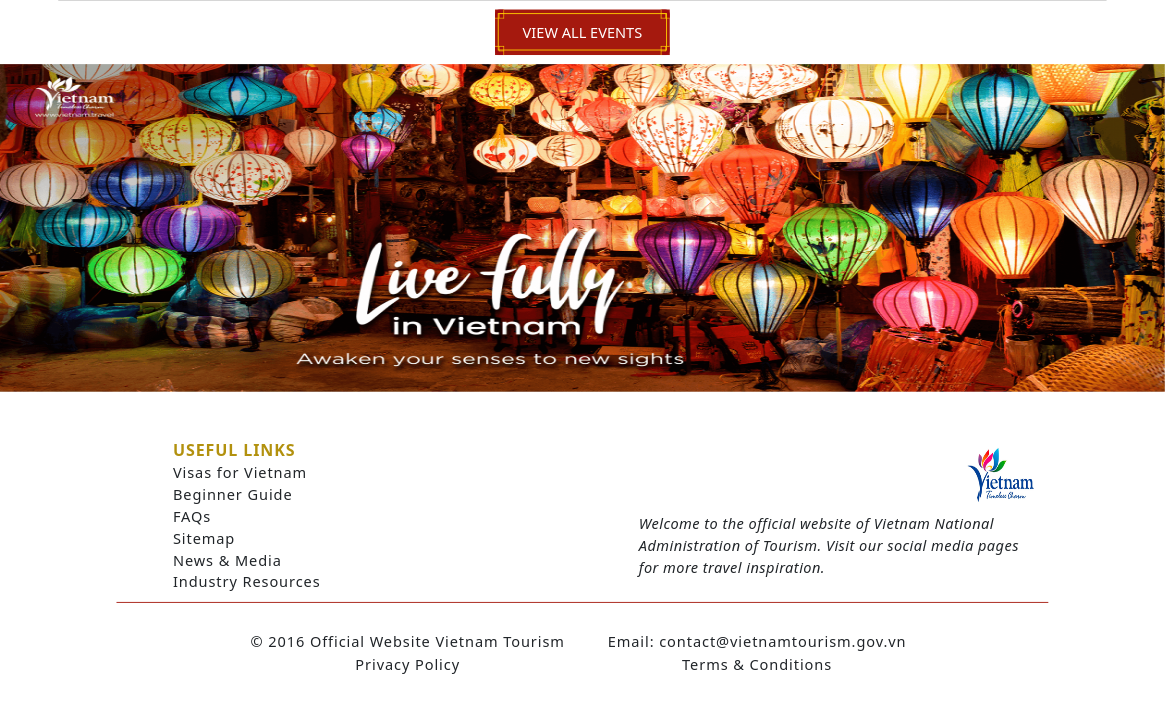
Repository: nguoilaisaochoi/TRAVEL-DEMO
Page: index.html
An editor plug-in stored every save of this project. The page is shown before and after the next save, followed by the edit.
The browser window is 1280 px wide. The pictures show the part of the page from y = 2162 to 3288 px (the page is 2956 px tall before and 3288 px after), at 91% of full size.
A picture or video elsewhere on the page could not be fetched, so the positions and the page height are approximate.

Above is the page before, as saved 2023-03-27 18:42:07.

### index.html
<!DOCTYPE html>
<html lang="en">
  <head>
    <meta charset="UTF-8" />
    <meta http-equiv="X-UA-Compatible" content="IE=edge" />
    <meta name="viewport" content="width=device-width, initial-scale=1.0" />
    <link rel="stylesheet" href="./index.css" />
    <script src="./index.js"></script>
    <link
      href="https://cdn.jsdelivr.net/npm/bootstrap@5.0.2/dist/css/bootstrap.min.css"
      rel="stylesheet"
      integrity="sha384-EVSTQN3/azprG1Anm3QDgpJLIm9Nao0Yz1ztcQTwFspd3yD65VohhpuuCOmLASjC"
      crossorigin="anonymous"
    />
    <title>Document</title>
  </head>
  <body>
    <div id="header">
      <img id="logo" src="./img_vd/logo.jpg" alt="" />
      <a href="#" onclick="showmenu()"><img id="vmenu" src="./img_vd/navmenu.jpg" /></a>
      <div id="menu">
        <li id="menucon">Live fully in Vietnam</li>
        <li id="menucon">Places to go</li>
        <li id="menucon">Things to do</li>
        <li id="menucon">Plan your trip</li>
        <li id="menucon">Green travel</li>
        <li id="menucon">Travel offers</li>
        <li id="menucon" onclick="addlang()" style="cursor: pointer">EN</li>
        <li id="lang"><p style="margin-top: 10px">日本語</p></li>
      </div>
    </div>
    <div id="vid">
      <video width="100%" autoplay muted loop src="./img_vd/1.mp4"></video>
    </div>
    <div id="content">
      <div id="cn1">
        <p id="start">LIVE FULLY IN VIETNAM</p>
        <p>Spectacular nature. Exceptional cuisine. Cultural diversity. Excellent service.</p>
        <p>
          Vietnam has fully reopened for international tourism without Covid-19 restrictions (No
          vaccination certificate, No test requirements, No quarantine, No medical declaration) and
          restored visa policies and immigration procedures as before Covid-19.
        </p>
        <p>
          Now you are free to discover and enjoy various wild nature destinations like limestone
          mountains, green terraced rice fields, and white sandy beaches. Holidays are coming, let’s
          get away from it all.
        </p>
        <p>
          Take in new sights, sounds, and flavors. Enjoy experiences that are truly memorable. Let’s
          explore, relax, and play. Live fully in Vietnam.
        </p>
      </div>
      <div id="cn2" class="row">
        <div id="cn21" class="col-md-12 col-lg-6">
          <div id="big">
            <img src="./img_vd/cn21.jpg" alt="" />
            <div id="tt">
              <div id="tt1"><p>Culture</p></div>
              <div id="tt2">
                <p>A guide to the boat tours of Ninh Binh</p>
              </div>
            </div>
          </div>
        </div>
        <div id="cn22" class="col-6 col-md-6 col-lg-3">
          <div id="big">
            <img src="./img_vd/cn22small.jpg" alt="" />
            <div id="tt">
              <div id="tt1"><p>Culture</p></div>
              <div id="tt2">
                <p>Enjoy the great outdoors in Ho Chi Minh City</p>
              </div>
            </div>
          </div>
        </div>
        <div id="cn23" class="col-6 col-md-6 col-lg-3">
          <div id="big">
            <img src="./img_vd/cn23smal.jpg" alt="" />
            <div id="tt">
              <div id="tt1"><p>Luxury</p></div>
              <div id="tt2">
                <p>Comfort Meets Culture at Hanoi's Luxury Hotels</p>
              </div>
            </div>
          </div>
        </div>
        <div id="cn24" class="col-lg-6">
          <div id="big">
            <img src="./img_vd/cn24.jpg" alt="" />
            <div id="tt">
              <div id="tt1"><p>Nature</p></div>
              <div id="tt2">
                <p>Binh Thuan: A Waterfall Paradise</p>
              </div>
            </div>
          </div>
        </div>
        <div id="cn24" class="col-lg-6">
          <div id="big">
            <img src="./img_vd/cn25.jpg" alt="" />
            <div id="tt">
              <div id="tt1"><p>Adventure</p></div>
              <div id="tt2">
                <p>Vung Tau - A sightseeing wonderland</p>
              </div>
            </div>
          </div>
        </div>
      </div>
    </div>
    <div id="whaton">
      <p style="font-size: 220%; color: #b2910e; text-transform: uppercase; font-weight: bold">
        What on?
      </p>
      <p style="font-size: 140%; letter-spacing: 0.5px">Check out upcoming events in Vietnam</p>
      <div id="event">
        <div id="e1" class="ev">
          <img src="./img_vd/e1.jpg" />
          <div id="info">
            <p>11 Mar 2023 - 13 Mar 2023</p>
            <p id="info2">Ban Flower Festival</p>
          </div>
        </div>
        <div id="e2" class="ev">
          <img src="./img_vd/e2.jpeg" />
          <div id="info">
            <p>10 Mar 2023 - 14 Mar 2023</p>
            <p id="info2">Buon Ma Thuot Coffee Festival</p>
          </div>
        </div>
        <div id="e3" class="ev">
          <img src="./img_vd/e3.jpeg" />
          <div id="info">
            <p>06 Mar 2023 - 11 Mar 2023</p>
            <p id="info2">Huong Pagoda Festival</p>
          </div>
        </div>
        <div id="e4" class="ev">
          <img src="./img_vd/e4.jpeg" />
          <div id="info">
            <p>08 Mar 2023 - 10 Mar 2023</p>
            <p id="info2">Da Nang Quan The Am Festival</p>
          </div>
        </div>
      </div>
      <div id="allev">
        <div id="allev1">
          <p>view all events</p>
        </div>
      </div>
    </div>
    <img id="VNAT" src="./img_vd/VNAT Cover 2.png" />
    <!--FOOTER-->
    <div id="footer">
      <div id="ctfooter" class="row">
        <div id="ctfooter1" class="col-lg-6">
          <li style="color: #b2910e; font-weight: bold; letter-spacing: 1px; font-size: 110%">
            USEFUL LINKS
          </li>
          <li>Visas for Vietnam</li>
          <li>Beginner Guide</li>
          <li>FAQs</li>
          <li>Sitemap</li>
          <li>News & Media</li>
          <li>Industry Resources</li>
        </div>
        <div id="ctfooter2" class="col-lg-6">
          <img src="./img_vd/logo-bw.png" />
          <p style="margin-top: 10px">
            Welcome to the official website of Vietnam National Administration of Tourism. Visit our
            social media pages for more travel inspiration.
          </p>
        </div>
      </div>
      <div id="about" class="row">
        <li class="col-lg-6">© 2016 Official Website Vietnam Tourism</li>
        <li class="col-lg-6">Email: contact@vietnamtourism.gov.vn</li>
        <li class="col-lg-6">Privacy Policy</li>
        <li class="col-lg-6">Terms & Conditions</li>
      </div>
    </div>
  </body>
</html>

### index.css
/*--------------MOBILE--------------------*/
@media screen and (min-width: 225px) {
  body {
    width: 100%;
    height: 100vh;
    margin: 0;
    font-family: Arial, Helvetica, sans-serif;
  }
  #header {
    position: relative;
    width: 100%;
    height: 50px;
    background-color: white;
    z-index: 2;
  }
  #footer {
    width: 100%;
    min-height: 364px;
    background-color: white;
    display: flex;
    justify-content: center;
    flex-direction: column;
  }
  #ctfooter {
    margin: auto;
    width: 100%;
    height: 90%;
    margin-top: 10px;
    border-bottom: 1px solid #a5190e;
  }
  #ctfooter1 {
    list-style: none;
    letter-spacing: 1px;
    display: flex;
    justify-content: center;
    align-items: center;
    flex-direction: column;
  }
  #ctfooter2 {
    letter-spacing: 0.5px;
    font-style: italic;
    display: flex;
    flex-direction: column;
    justify-content: center;
    align-items: center;
    text-align: center;
  }
  #ctfooter2 img {
    margin-top: 10px;
    width: 30%;
    height: 35%;
  }
  #about {
    margin: auto;
    width: 100%;
    height: 200px;
    list-style: none;
    margin-top: 10px;
  }
  #about li {
    text-align: center;
    letter-spacing: 1px;
    height: 20px;
  }
  #vid {
    width: 100%;
    min-height: 100px;
    overflow: hidden;
    z-index: 0;
  }
  #logo {
    position: relative;
    z-index: 1;
    max-width: 20%;
    margin-left: 5%;
  }
  #start {
    margin-top: 20px;
    font-size: 160%;
    font-weight: bold;
    color: #b2910e;
    letter-spacing: 1px;
  }
  #vmenu {
    float: right;
    width: 10%;
    margin: 2%;
  }
  #menu {
    z-index: 0;
    position: absolute;
    list-style: none;
    display: block;
    flex-direction: column;
    width: 100%;
    margin-top: -10px;
    height: 0px;
    background-color: white;
    overflow: hidden;
    animation: animate2 0.5s ease;
  }
  #menu.active {
    z-index: 0;
    position: absolute;
    list-style: none;
    display: block;
    flex-direction: column;
    width: 100%;
    background-color: white;
    overflow: hidden;
    height: auto;
    animation: animate 0.5s ease;
    border-bottom: 5px solid #a5190e;
  }
  @keyframes animate {
    0% {
      height: 0px;
    }
    100% {
      height: 285px;
    }
  }
  @keyframes animate2 {
    0% {
      height: 285px;
    }
    100% {
      height: 0px;
    }
  }
  #lang {
    display: flex;
    width: 100%;
    justify-content: center;
    background-color: rgb(255, 255, 227);
    height: 0px;
    overflow: hidden;
    transition: 0.2s ease;
    text-decoration: none;
    color: gray;
  }
  #lang.active {
    display: flex;
    width: 100%;
    justify-content: center;
    background-color: rgb(255, 255, 227);
    height: 40px;
    overflow: hidden;
  }
  #menucon {
    display: flex;
    align-items: center;
    justify-content: center;
    width: 100%;
    height: 40px;
    margin-left: 0px;
    margin-right: 0px;
    font-size: 14px;
    transition: 0.2s ease;
    font-weight: bold;
    color: gray;
    border-bottom: 1px solid gray;
  }
  #menucon:hover {
    background-color: #80808039;
    cursor: pointer;
    color: rgb(145, 0, 0);
  }
  #content {
    display: flex;
    width: 100%;
    min-height: 400px;
    background-color: aqua;
    margin: auto;
    flex-wrap: wrap;
    justify-content: center;
    background: url(./img_vd/background.jpg) no-repeat;
    background-size: cover;
  }
  #cn1 p {
    text-align: center;
    letter-spacing: 2px;
  }
  #cn1 {
    width: 100%;
  }
  #cn2 {
    width: 100%;
  }
  #cn21,
  #cn22,
  #cn23,
  #cn24,
  #cn25 {
    height: 200px;
    position: relative;
    overflow: hidden;
    display: flex;
  }
  #cn22 #big img,
  #cn23 #big img {
    width: 140%;
  }
  #big {
    width: 100%;
    height: 90%;
    background-color: aliceblue;
    margin: auto;
    position: relative;
    overflow: hidden;
    border-radius: 5px;
  }
  #big img {
    position: absolute;
    width: 100%;
    height: 314px;
    z-index: 0;
  }

  #cn22 #big img {
    position: absolute;
    bottom: -40px;
  }
  #cn23 #big img {
    position: absolute;
    bottom: 0;
  }
  #tt {
    position: absolute;
    width: 100%;
    z-index: 1;
    bottom: 0;
  }
  #tt1 {
    max-height: 30px;
    width: 100px;
    background: url(./img_vd/bg-red-pattern.png);
    background-size: cover;
    z-index: 1;
    display: flex;
    text-transform: uppercase;
  }
  #tt1 p {
    color: white;
    font-weight: bold;
    margin: auto;
  }
  #tt2 {
    background-color: rgba(0, 0, 0, 0.501);
    padding: 2%;
    color: white;
    font-weight: bold;
    text-transform: uppercase;
    display: flex;
  }
  #tt2 p {
    margin-bottom: 0px;
    font-size: 90%;
  }
  #whaton {
    width: 100%;
    min-height: 667px;
    background-color: white;
    text-align: center;
  }
  #event {
    width: 90%;
    min-height: 150px;
    background: url(./img_vd/bg-red-pattern.png);
    background-size: 100px;
    display: flex;
    flex-direction: column;
    margin: auto;
    padding: 10px;
  }
  #e1,
  #e2,
  #e3,
  #e4 {
    position: relative;
    z-index: 0;
  }
  #event div {
    width: 100%;
    height: 150px;
    overflow: hidden;
  }
  #event img {
    width: 100%;
  }
  #info {
    position: absolute;
    z-index: 1;
    top: 0;
    color: white;
    width: 100%;
    background: linear-gradient(rgba(0, 0, 0, 0.737), transparent 70%);
  }
  #info p {
    text-align: left;
    margin-left: 10px;
    margin-top: 10px;
    line-height: 22px;
  }
  #info2 {
    font-weight: bold;
    font-size: 120%;
    text-transform: uppercase;
  }
  #allev {
    cursor: pointer;
    display: flex;
    margin: auto;
    margin-top: 10px;
    margin-bottom: 10px;
    width: 90%;
    height: 50px;
    background-color: #a5190e;
    background-image: url(./img_vd/bg-red-tl.png), url(./img_vd/bg-red-tr.png),
      url(./img_vd/bg-red-br.png), url(./img_vd/bg-red-bl.png);
    background-repeat: no-repeat;
    background-position: 0 0, 100% 0, 100% 100%, 0 100%;
  }
  #allev1 {
    width: 98%;
    margin: auto;
    border: 1px solid #ffcc00;
    text-transform: uppercase;
  }
  #allev1 p {
    margin-top: 4%;
    line-height: 10px;
    color: white;
  }
  #VNAT {
    width: 100%;
  }
}
/*--------------TABLET--------------------*/
@media screen and (min-width: 768px) {
  #footer {
    width: 100%;
    min-height: 364px;
    background-color: white;
    display: flex;
    justify-content: center;
    flex-direction: column;
  }
  #ctfooter {
    width: 100%;
    height: 90%;
    margin-top: 10px;
    border-bottom: 1px solid #a5190e;
  }
  #ctfooter1 {
    align-items: flex-start;
  }
  #ctfooter2 {
    align-items: flex-end;
    text-align: start;
  }
  #ctfooter1 li,
  #ctfooter2 p {
    margin-left: 50px;
  }
  #ctfooter2 img {
    width: 12%;
    height: 40%;
  }
  #start {
    font-size: 350%;
  }
  #cn1 {
    width: 90%;
  }
  #cn2 {
    width: 90%;
  }
  #cn21,
  #cn22,
  #cn23,
  #cn24,
  #cn25 {
    height: 310px;
    position: relative;
    overflow: hidden;
    display: flex;
  }

  #big img {
    display: flex;
    height: 314px;
    transition: 0.5s ease;
  }
  #tt2 p {
    font-size: 110%;
  }
  #whaton {
    min-height: 130px;
  }
  #event {
    width: 90%;
    flex-direction: row;
  }
  #event div {
    height: 280px;
  }
  #event img {
    width: auto;
    height: 344px;
    position: relative;
    right: 155px;
  }
  #e1,
  #e2,
  #e3,
  #e4 {
    margin: 0.5%;
    border-radius: 5px;
  }
  #allev {
    width: 25%;
  }
  #allev1 {
    width: 96%;
    height: 83%;
    display: flex;
  }
  #allev1 p {
    margin: auto;
  }
  #VNAT {
    height: 50%;
  }
}
/*--------------DESKTOP--------------------*/
@media screen and (min-width: 992px) {
  #header {
    width: 100%;
    height: 90px;
  }
  #ctfooter {
    margin: auto;
    width: 80%;
  }
  #ctfooter2 img {
    width: 16%;
    height: 40%;
  }
  #ctfooter1,
  #ctfooter2 {
    margin-bottom: 10px;
  }
  #about {
    width: 60%;
    height: 50px;
    margin: auto;
    margin-top: -20px;
  }
  #about li {
    height: 20px;
  }
  #vmenu {
    display: none;
  }
  #logo {
    width: 10%;
  }
  #menu {
    display: inline-flex;
    height: 90px;
    margin: 0;
    width: 80%;
    margin-left: 20px;
    flex-direction: row;
    background-color: transparent;
    overflow: visible;
  }
  #menucon {
    height: 90px;
    width: 150px;
    font-size: 80%;
    border-bottom: none;
    text-align: center;
  }
  #lang {
    z-index: 1;
    position: relative;
    top: 90px;
    right: 12.4%;
    width: 150px;
    background-color: white;
  }
  #lang.active {
    z-index: 1;
    position: relative;
    top: 90px;
    right: 12.4%;
    width: 150px;
    background-color: white;
    border-bottom: 5px solid #a5190e;
  }
  #cn2 {
    width: 100%;
  }
  #cn1 {
    width: 90%;
  }
  #cn2 {
    width: 90%;
  }
  #cn21,
  #cn22,
  #cn23,
  #cn24,
  #cn25 {
    height: 310px;
    position: relative;
    overflow: hidden;
    display: flex;
  }
  #big {
    width: 100%;
    height: 90%;
    background-color: aliceblue;
    margin: auto;
    position: relative;
    overflow: hidden;
  }
  #big:hover > img {
    scale: 1.1;
  }
  #big img {
    height: 370px;
    transition: 0.5s ease;
  }
  #tt2 p {
    font-size: 110%;
  }
  #info2 {
    font-size: 150%;
  }
  .ev img {
    transition: 0.5s ease;
  }
  .ev:hover > img {
    scale: 1.1;
  }
  #allev {
    width: 15%;
  }
  #allev1 {
    width: 97%;
    height: 83%;
  }
}

### index.js
/*function showLoginForm() {
  var abc = document.getElementById("menu");
  if (abc.style.display === "flex") {
    abc.style.display = "none";
  } else {
    abc.style.display = "flex";
  }
}*/
function showmenu() {
  var abc = document.getElementById("menu");
  if (abc.classList.contains("active")) {
    abc.classList.remove("active");
  } else {
    abc.classList.add("active");
  }
}
function addlang() {
  var abc = document.getElementById("lang");
  if (abc.classList.contains("active")) {
    abc.classList.remove("active");
  } else {
    abc.classList.add("active");
  }
}

After the next save:
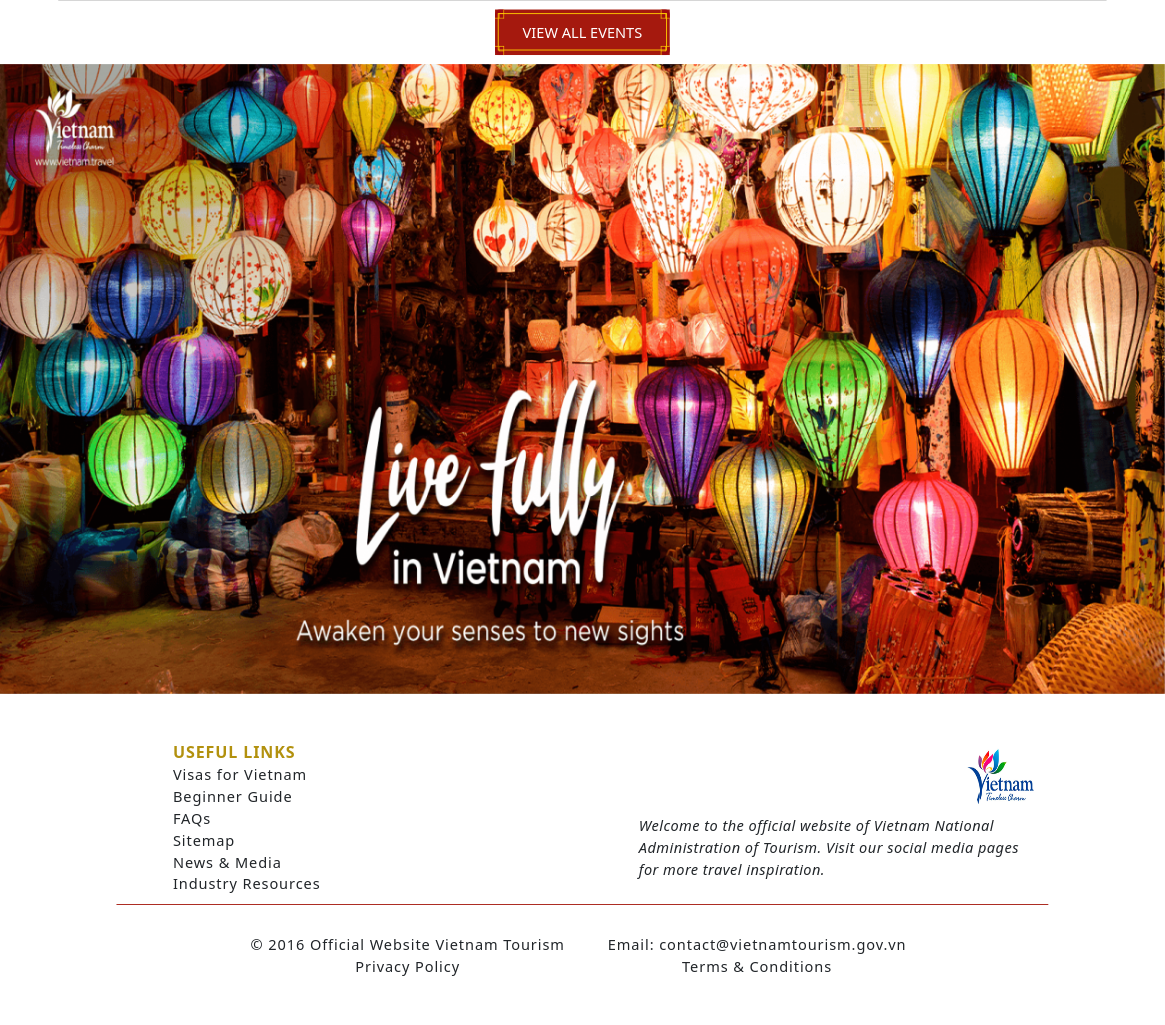
Saved 19 s later.
--- a/index.css
+++ b/index.css
@@ -428,9 +428,6 @@
   }
   #allev1 p {
     margin: auto;
-  }
-  #VNAT {
-    height: 50%;
   }
 }
 /*--------------DESKTOP--------------------*/
